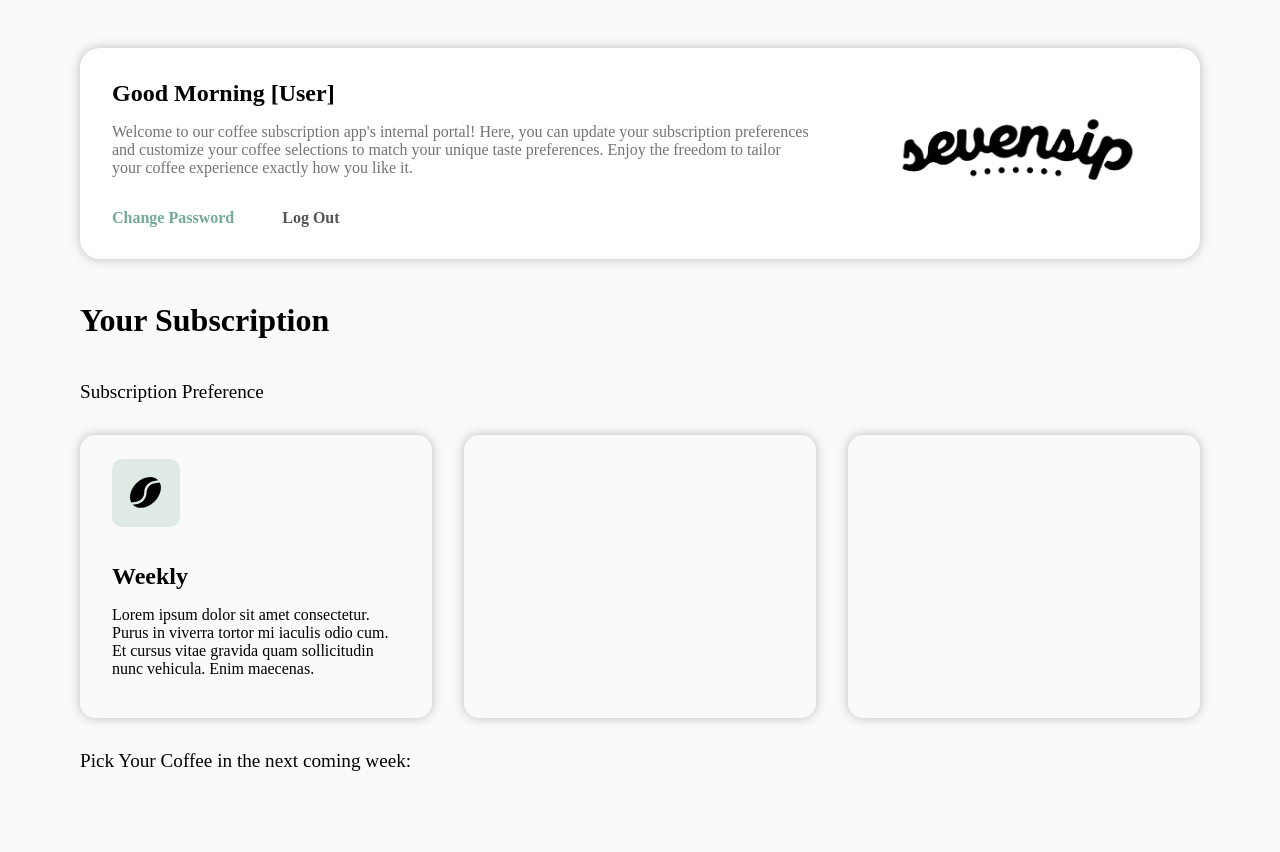
Repository: Haydenleung/COMP-4170-Final-Project
Page: http://localhost/main
An editor plug-in stored every save of this project. The page is shown before and after the next save, followed by the edit.
The browser window is 1280 px wide. The pictures show the whole page.
The page is served by the project's Node server (app.js).

Above is the page before, as saved 2024-03-22 18:09:46.

After the next save:
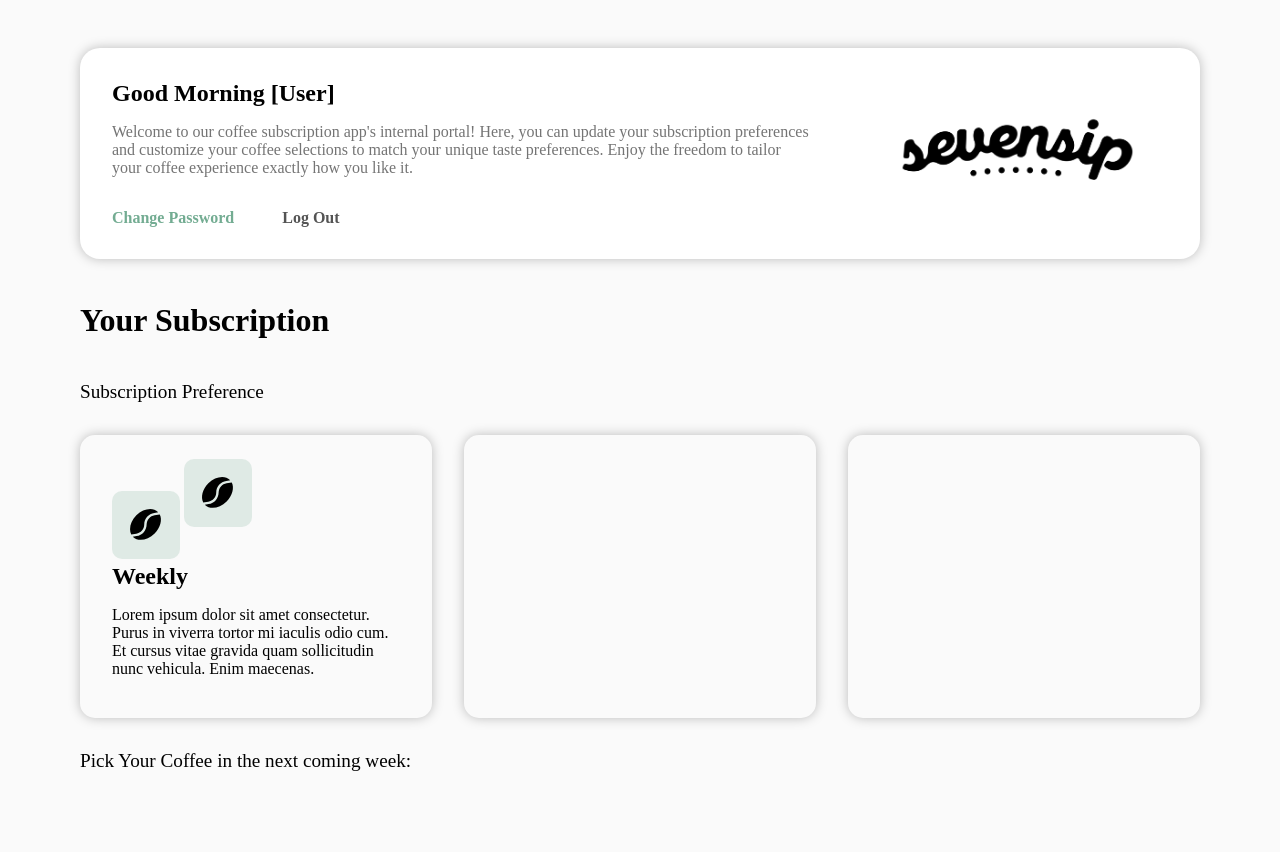
Saved 12 s later.
--- a/views/main.ejs
+++ b/views/main.ejs
@@ -25,7 +25,7 @@
                 <h5>Subscription Preference</h5>
                 <div class="subscribe-container">
                     <div class="sub-option">
-                        <!-- <img class="tick" src="/images/week.svg" alt="icon" /> -->
+                        <img class="tick" src="/images/week.svg" alt="icon" />
                         <img class="sub-icon" src="/images/week.svg" alt="icon" />
                         <div class="sub-title">Weekly</div>
                         <p class="sub-body">Lorem ipsum dolor sit amet consectetur. Purus in viverra tortor mi iaculis
